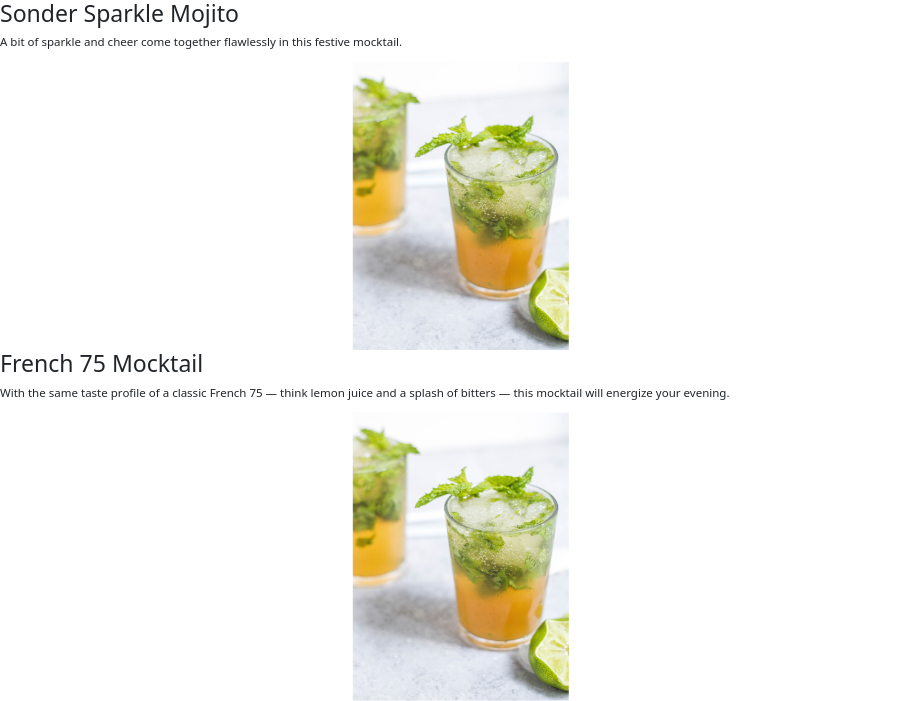
Repository: Flatbook/sliced_bread
Page: http://localhost/
An editor plug-in stored every save of this project. The page is shown before and after the next save, followed by the edit.
The browser window is 1280 px wide. The pictures show the whole page, at 72% of full size.
Some web libraries are served in a nearby version. The page is served by the project's application, run on Flask 3 (app.py).

Above is the page before, as saved 2021-05-15 23:08:10.

After the next save:
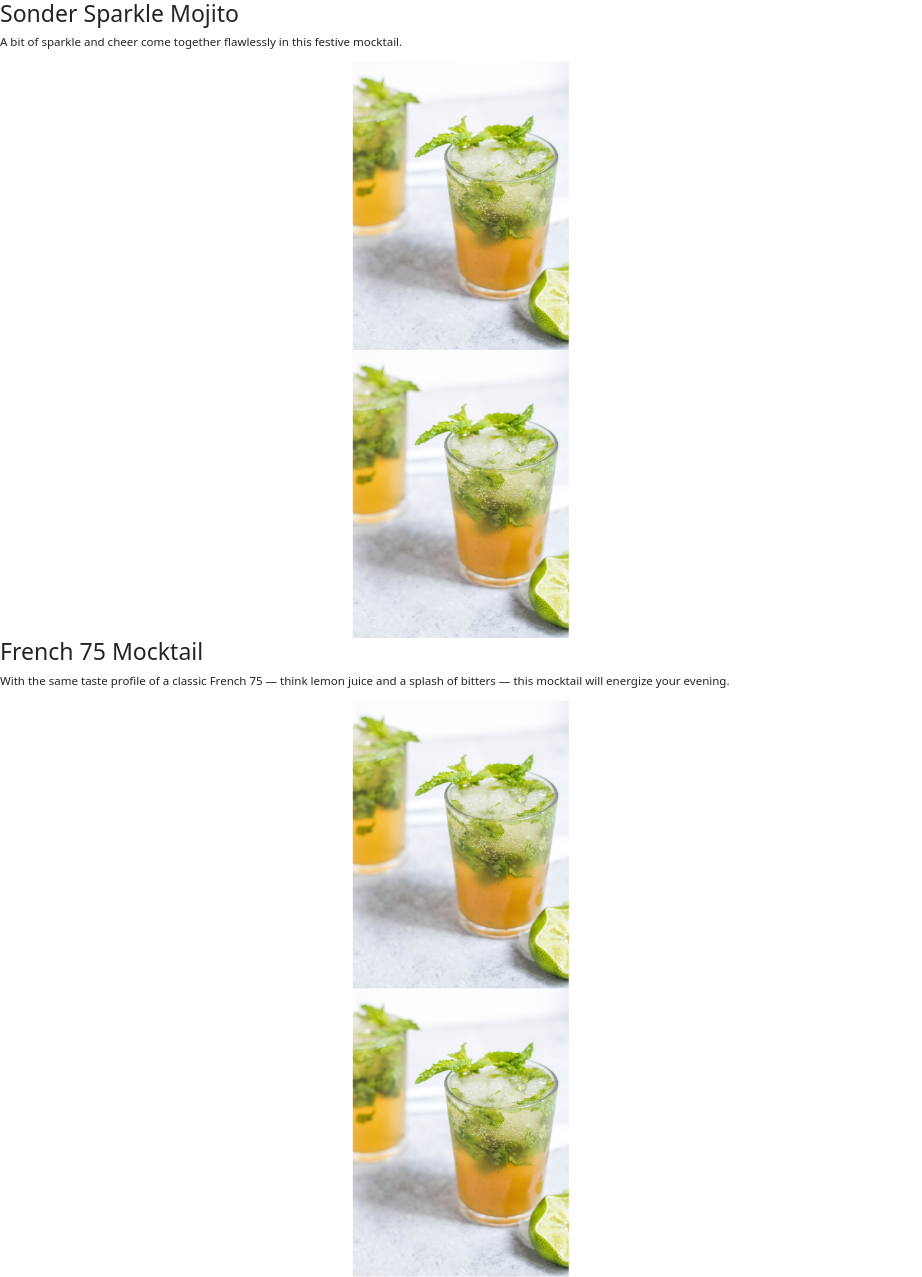
Saved 45 s later.
--- a/flask_project/templates/home.html
+++ b/flask_project/templates/home.html
@@ -4,5 +4,6 @@
         <h2>{{drink.title}}</h2>
         <p>{{drink.description}}</p>
         <img src="{{ user_image }}" width="300" height="400" class="mx-auto d-block"/>
+        <img src="{{ user_image }}" width="300" height="400" class="mx-auto d-block"/>
     {% endfor %}
 {% endblock %}
